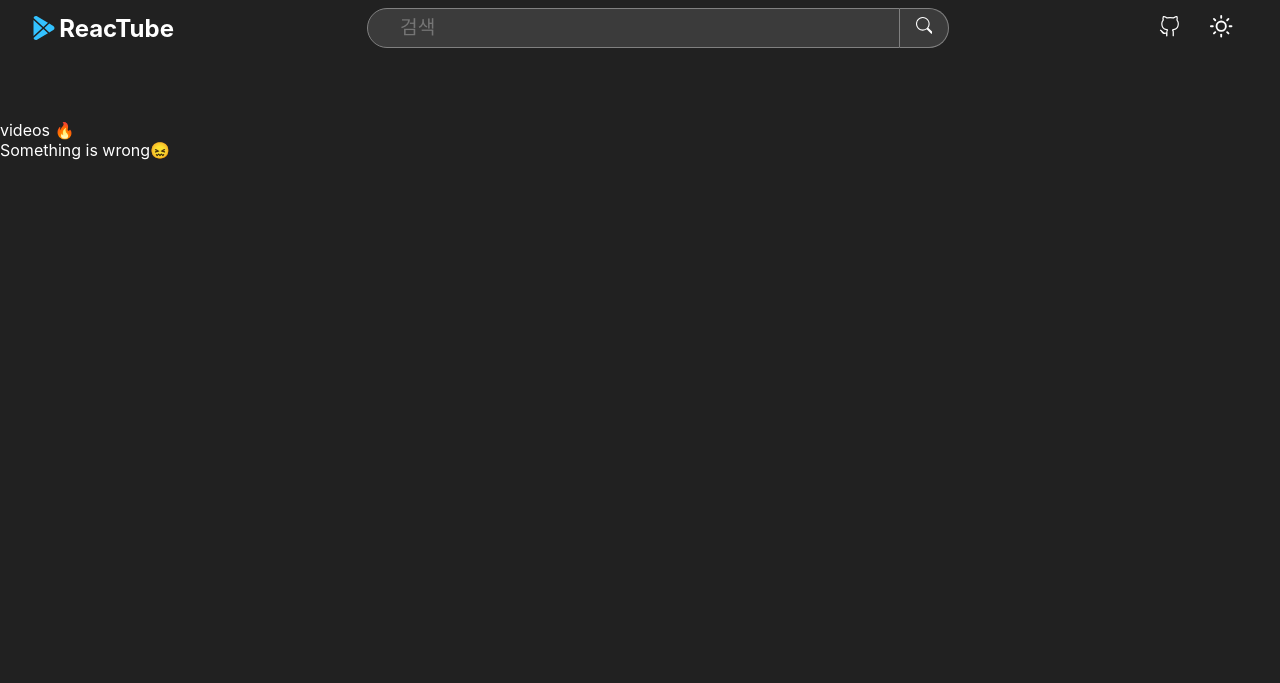
Repository: MrJinkyu/youtube
Page: /
These files come from the project's save history. The page is drawn as it stood at one moment and after the next save; the edit follows.
The browser window is 1280 px wide. The pictures show the whole page.
The project was rebuilt for these pictures with package versions that can differ from the ones it lists, and the page was loaded fresh each time. Also part of the build but not shown: src/pages/NotFound.jsx, src/pages/VideoDetail.jsx.

Above is the page before, as saved 2023-05-10 14:36:30.

After the next save:
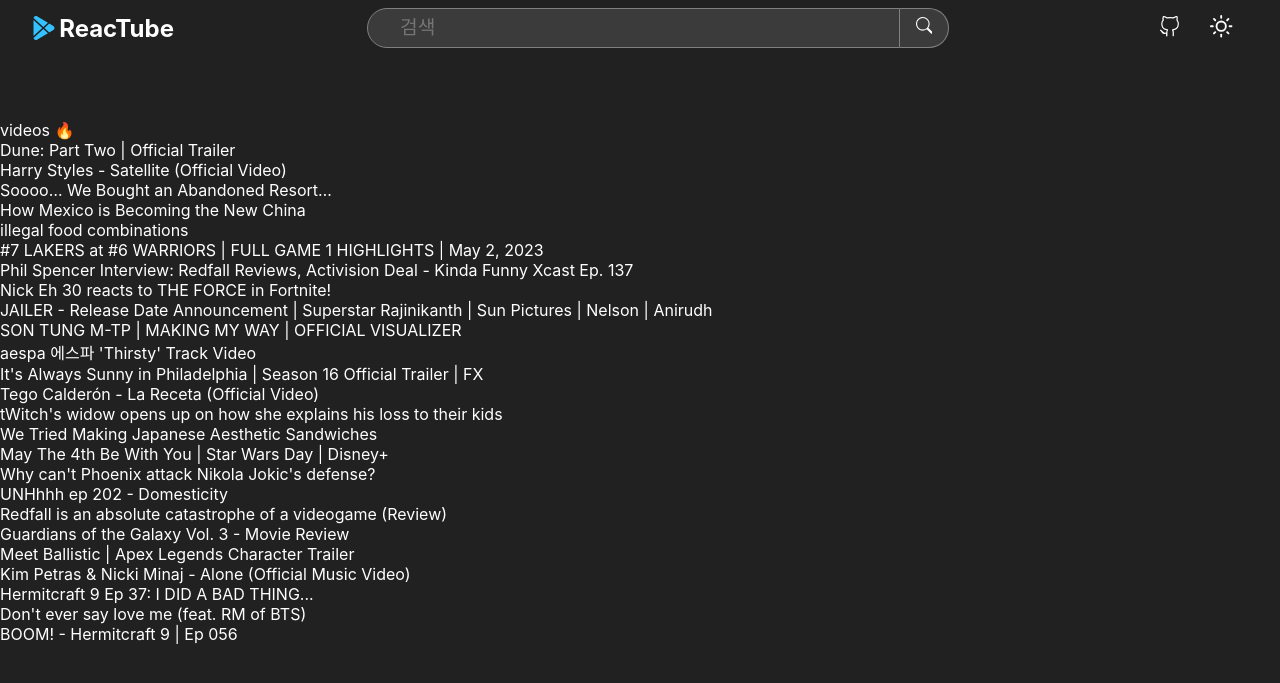
Saved 101 s later.
--- a/src/pages/Videos.jsx
+++ b/src/pages/Videos.jsx
@@ -9,7 +9,7 @@
     const { keyword } = useParams();
     const { isLoading, error, data:videos } = useQuery(['videos',keyword],async () => {
         const youtube = new FakeYoutube();
-        youtube.search(keyword);
+        return youtube.search(keyword);
     });
     return (
         <section>
